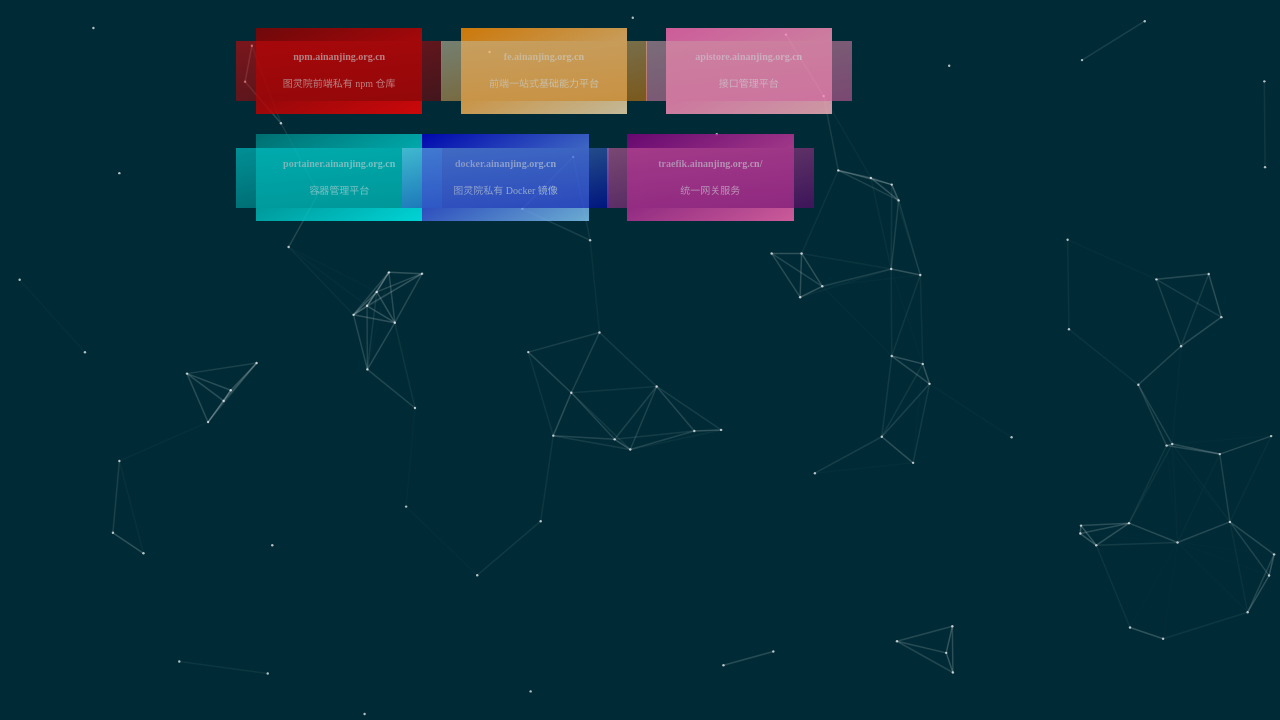
Repository: heweiwei1/portainer
Page: index.html
The author's editor kept a copy of each file at every save. The page is drawn from the files as they stood at one save, then again after the next save.
The browser window is 1280 px wide. The pictures show the whole page.

Above is the page before, as saved 2021-04-14 13:56:17.

After the next save:
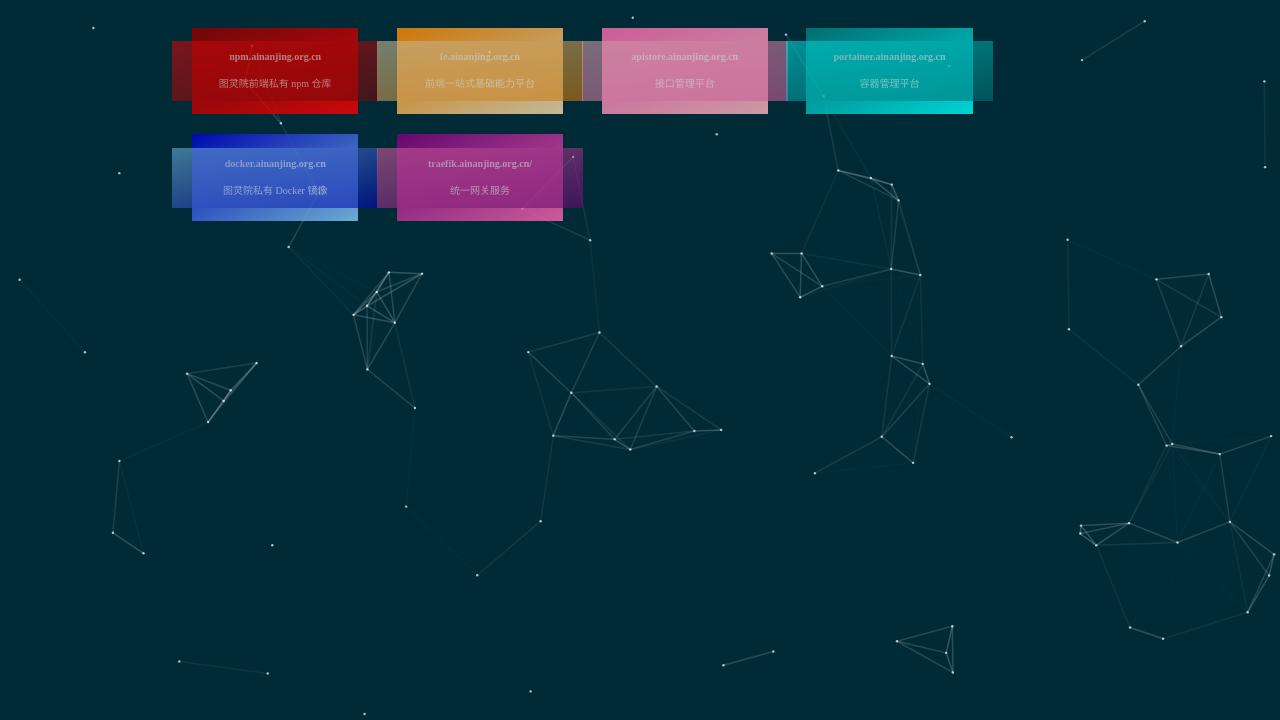
Saved 10 s later.
--- a/index.css
+++ b/index.css
@@ -3,7 +3,7 @@ a {
   color: #000;
 }
 .demo {
-  width: 60vw;
+  width: 70vw;
   margin: auto;
   display: flex;
   flex-flow: row wrap;
